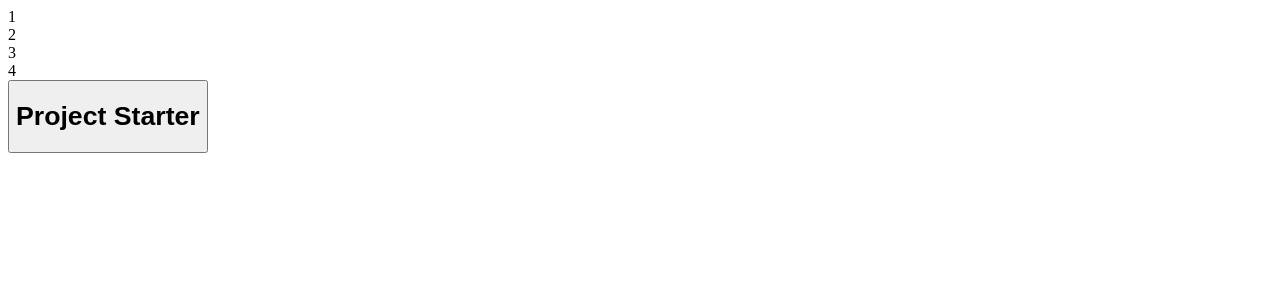
Repository: Williamlmachado/Progress-steps
Page: index.html
These files come from the project's save history. The page is drawn as it stood at one moment and after a run of saves; the edit follows.
The browser window is 1280 px wide. The pictures show the whole page.

Above is the page before, as saved 2021-08-11 09:18:24.

### index.html
<!DOCTYPE html>
<html lang="en">
    <head>
        <meta charset="UTF-8">
        <meta name="viewport" content="width=device=width, initial-scale=1.0"/>
        <link rel="stylesheet" href="style.css"/>
        <title>Progress Steps</title>
    </head>
    <body>
        <div class="container">
            <div class="progress-container">
                <div class="progress" id="progress"></div>
                <div class="circle active">1</div>
                <div class="circle">2</div>
                <div class="circle">3</div>
                <div class="circle">4</div>
            </div>
            <button class="btn" id="prev"
        </div>
        <h1>Project Starter</h1>
        <script src="script.js"></script>
    </body>
</html>

Loaded but not shown: script.js (no copy from this time; the picture is the same without it); style.css (no copy from this time; the picture is the same without it)

After the next 2 saves:
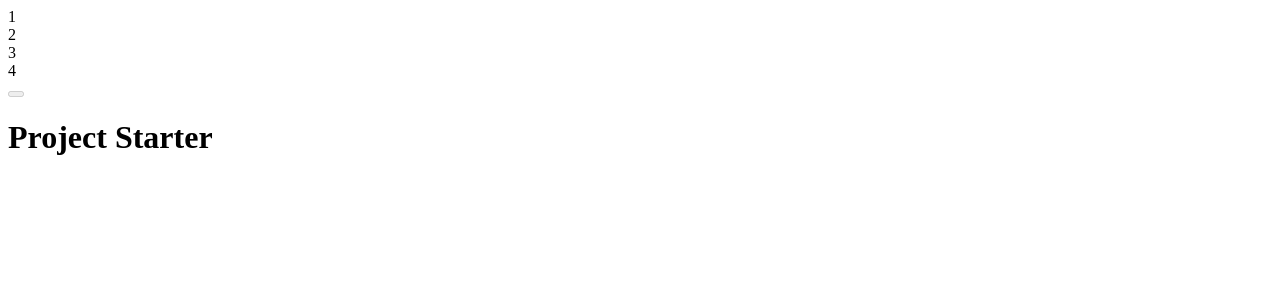
The 2 saves are shown as one change because they came seconds apart.
The last was saved 12 s later.
--- a/index.html
+++ b/index.html
@@ -15,7 +15,7 @@
                 <div class="circle">3</div>
                 <div class="circle">4</div>
             </div>
-            <button class="btn" id="prev"
+            <button class="btn" id="prev" disabled></button>
         </div>
         <h1>Project Starter</h1>
         <script src="script.js"></script>
